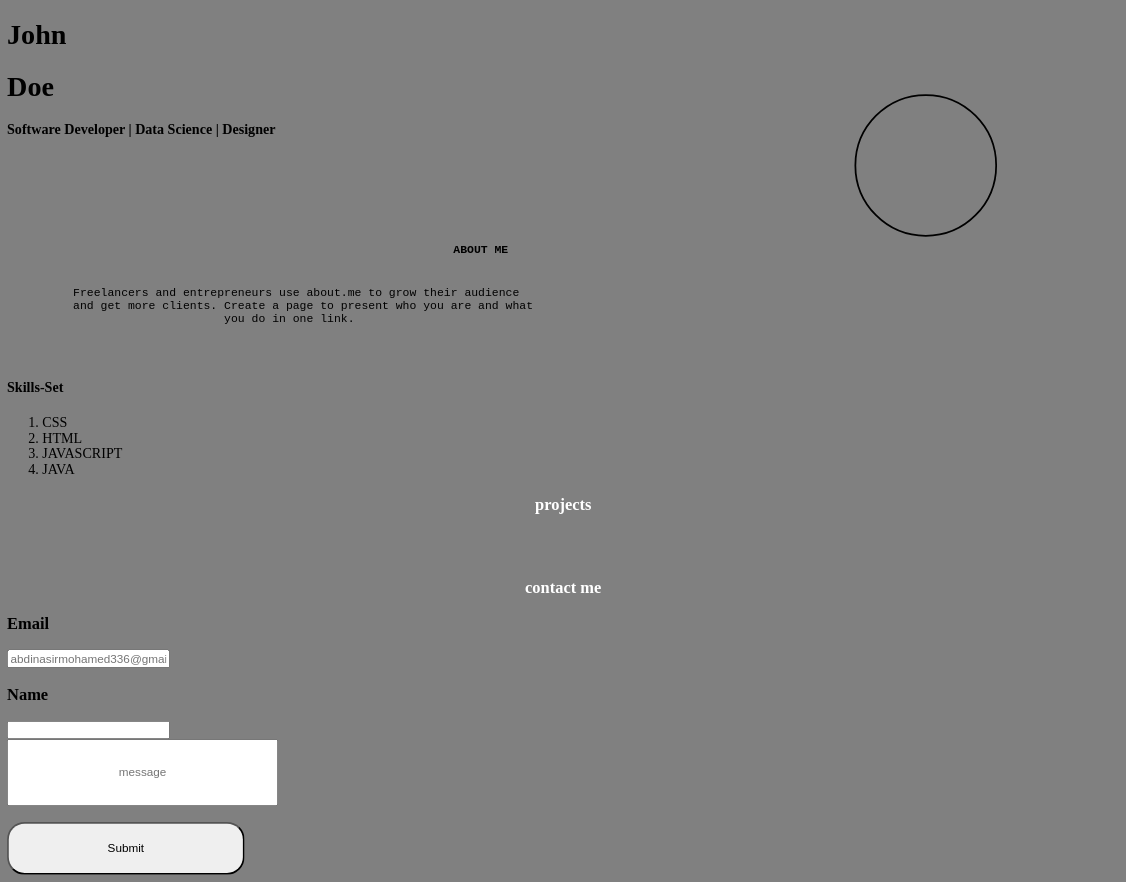
Repository: mrjayajay/week-1-code-challenges
Page: assignment/index.html
An editor plug-in stored every save of this project. The page is shown before and after the next save, followed by the edit.
The browser window is 1280 px wide. The pictures show the whole page, at 88% of full size.

Above is the page before, as saved 2024-03-12 11:58:02.

After the next save:
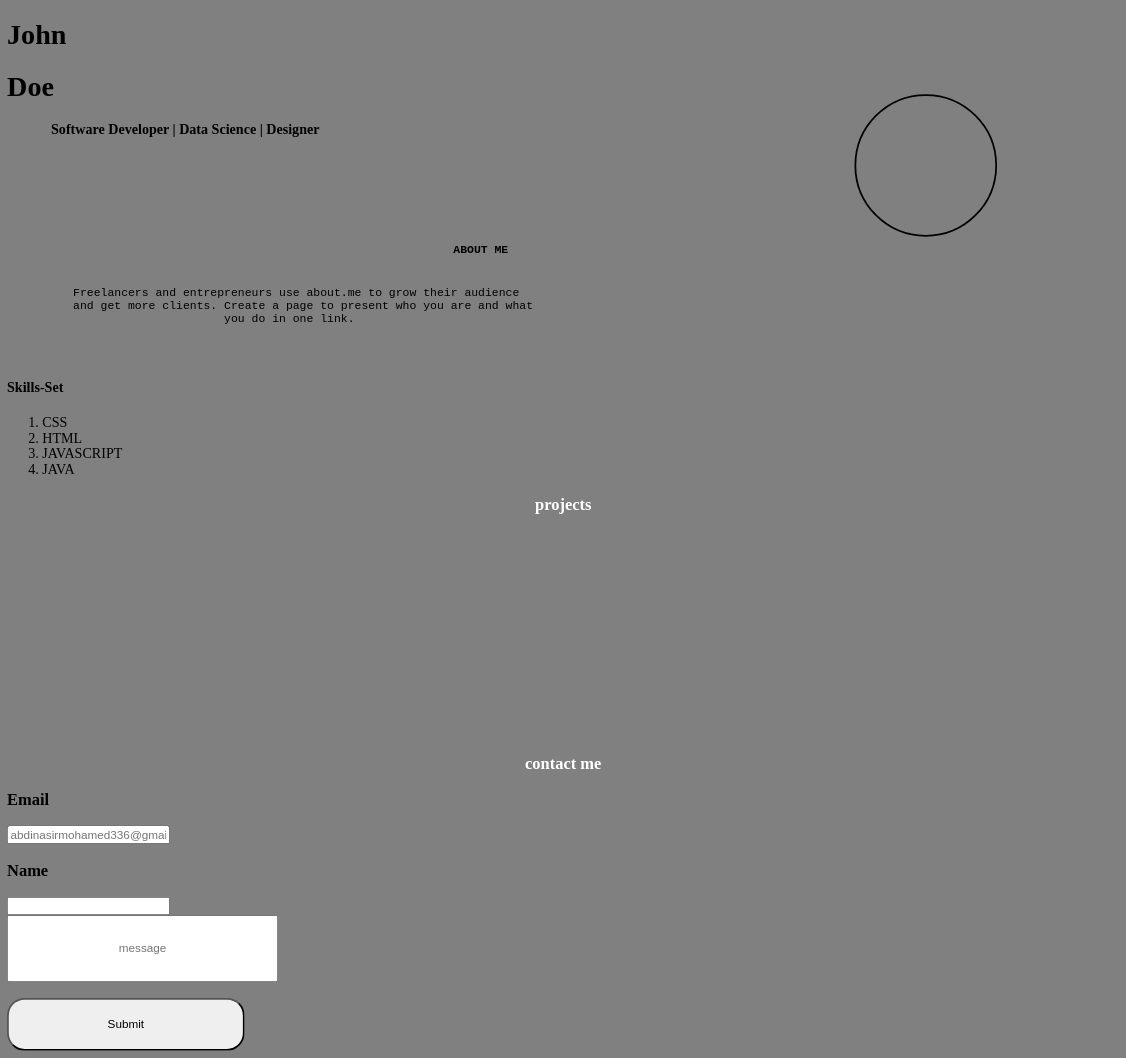
Saved 6 min 7 s later.
--- a/assignment/style.css
+++ b/assignment/style.css
@@ -53,5 +53,44 @@ text-align: left;
 }
 .container1{
     display: flex;
-    flex-direction: ;
+    flex-direction: row;
+    justify-content: space-between;
+    justify-content: space-around;
 }
+.container2{
+    display: flex;
+    flex-direction: row;
+    justify-content: space-between;
+    justify-content: space-around;
+}
+.box{
+    width:100px;
+    height: 100px;
+    }
+#box1{
+    background-color: gray;
+}
+#box2{
+    background-color: gray;
+}
+#box3{
+    background-color: gray;
+}
+#box4{
+    background-color: gray;
+}
+#box5{
+    background-color: gray;
+}
+#box6{
+    background-color: gray;
+}
+p{
+    text-align: center;
+}
+#sof{
+    margin-left: 50px;
+}
+#class{
+
+}
